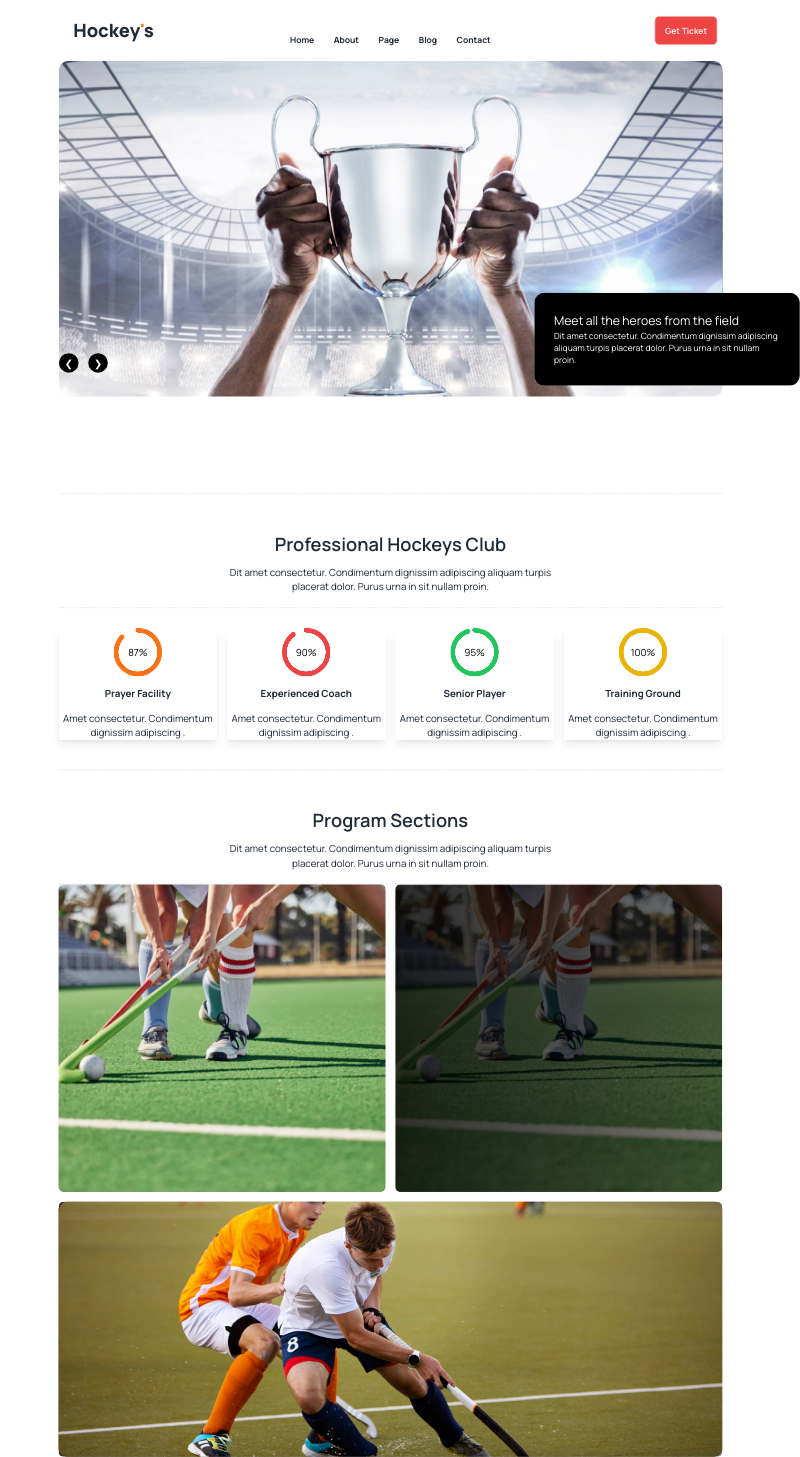
Repository: RudrasahaDibos/Hockey-
Page: index.html
The author's editor kept a copy of each file at every save. The page is drawn from the files as they stood at one save, then again after a run of saves.
The browser window is 1280 px wide. The page is 1311 px wide, so the pictures cover 1311 px, including what lies to the right of the window. The pictures show the whole page, at 61% of full size.
Some web libraries are served in a nearby version.

Above is the page before, as saved 2024-10-23 22:30:36.

After the next 2 saves:
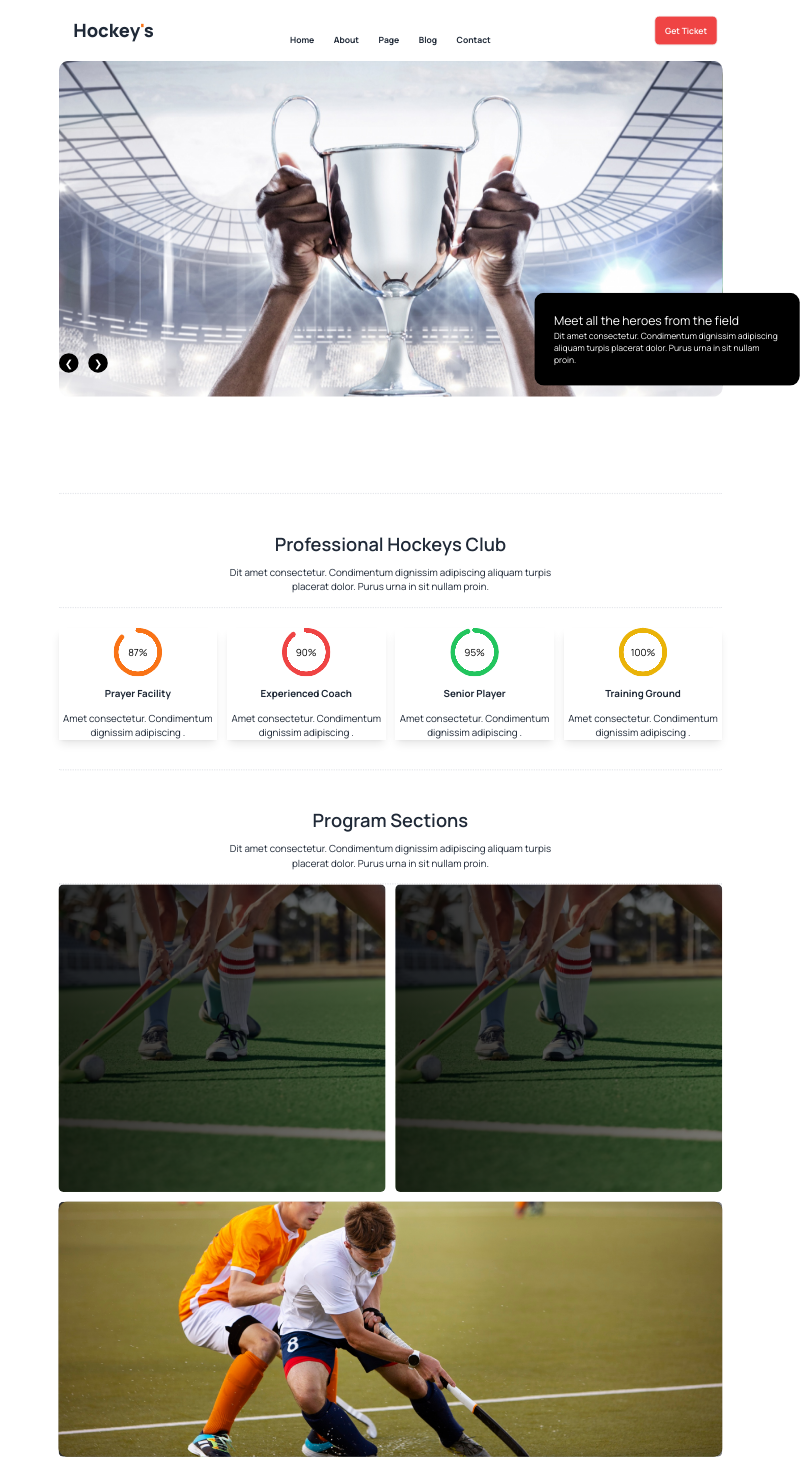
The 2 saves are shown as one change because they came seconds apart.
The last was saved 6 s later.
--- a/index.html
+++ b/index.html
@@ -209,7 +209,7 @@
                                <div>
                                 <div class="grid  grid-cols-1 lg:grid-cols-2 gap-4">
                                  <div>
-                                  <div class="  bg-no-repeat rounded-lg  bg-center bg-cover  w-full bg-[url(./images/3.png)] h-[70vh]">
+                                  <div class="  bg-no-repeat rounded-lg  bg-center bg-cover  w-full bg-[linear-gradient(90deg,rgb(0,0,0,0.8),rgb(0,0,0,0.5)),url(./images/3.png)] h-[70vh]">
                                    <div class="relative bg-[]">
 
                                    </div>
